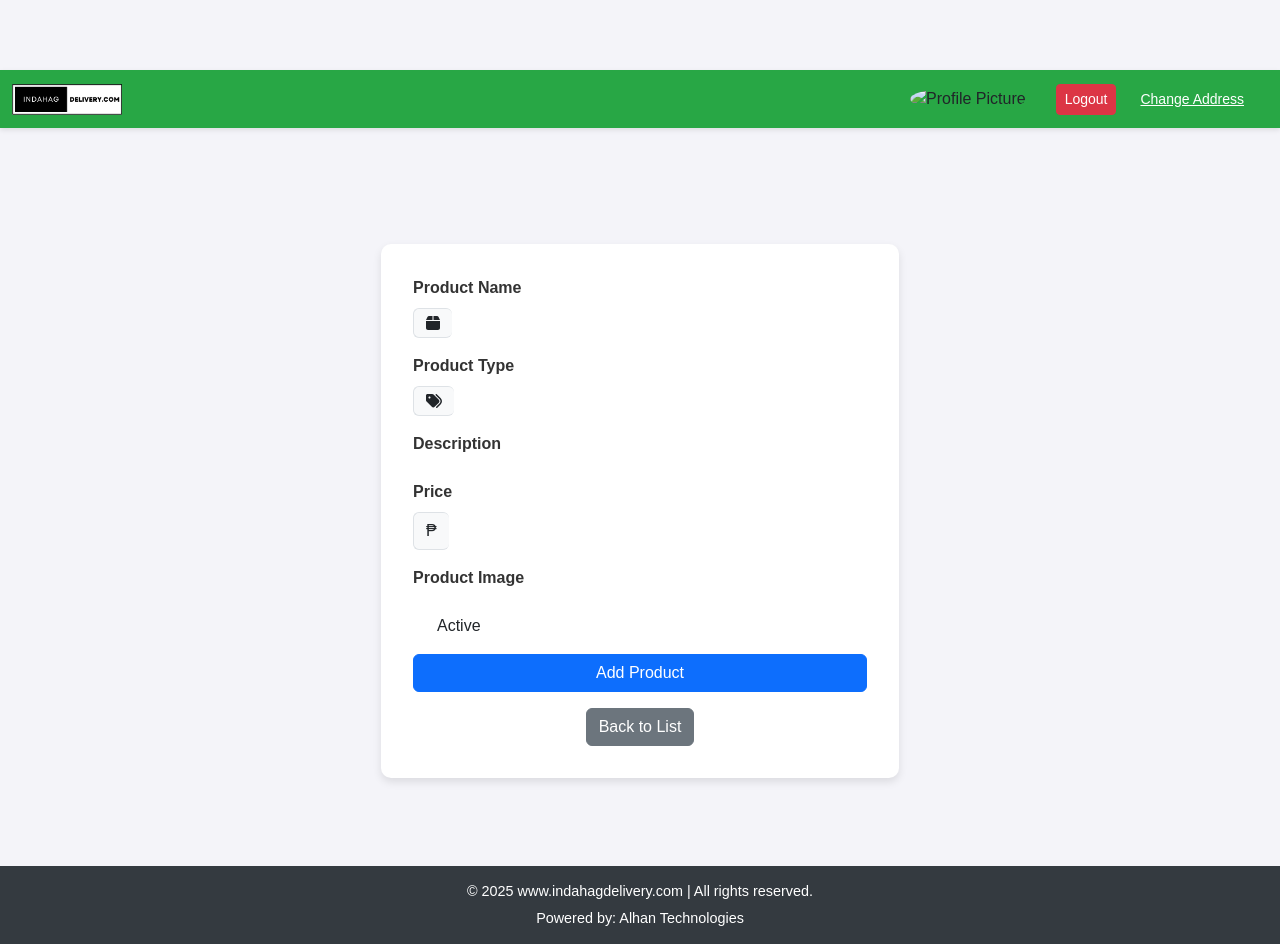
Repository: Jijiluzana225/indahagdelivery.com
Page: store/templates/store/product_form.html
An editor plug-in stored every save of this project. The page is shown before and after the next save, followed by the edit.
The browser window is 1280 px wide. The pictures show the whole page.
The template is drawn by Django 5.2. The application's start-up code is not run. Other server files are loaded and not shown. The template is opened directly, without the code that normally fills it, so the values that code supplies are empty.

Above is the page before, as saved 2025-01-22 14:16:18.

### store/templates/store/product_form.html
{% extends 'store/base.html' %}

{% block content %}

<!DOCTYPE html>
<html lang="en">
<head>
    <meta charset="UTF-8">
    <meta name="viewport" content="width=device-width, initial-scale=1.0">
    <title>{{ title }}</title>
    <link href="https://cdn.jsdelivr.net/npm/bootstrap@5.3.0-alpha3/dist/css/bootstrap.min.css" rel="stylesheet">
    <link rel="stylesheet" href="https://cdnjs.cloudflare.com/ajax/libs/font-awesome/6.0.0-beta3/css/all.min.css">
    <style>
        /* General styling */
        body {
            font-family: Arial, sans-serif;
            background-color: #f4f4f9;
        }

        /* Card styling */
        .form-container {
            background-color: #ffffff;
            border-radius: 10px;
            box-shadow: 0 4px 8px rgba(0, 0, 0, 0.1);
            padding: 2rem;
        }

        /* Button hover effect */
        .btn-primary:hover {
            background-color: #0056b3;
            border-color: #004da0;
        }

        /* Input field styling */
        .form-control:focus {
            box-shadow: 0 0 5px rgba(0, 123, 255, 0.5);
            border-color: #80bdff;
        }

        /* Icon inside input */
        .input-group-text {
            background-color: #f8f9fa;
            border-right: none;
        }

        .form-control {
            border-left: none;
        }

        /* Adjust form layout */
        .form-control, .input-group {
            width: 100%;
        }

        .form-label {
            font-weight: 600;
            color: #333;
        }

        /* Make sure all elements fit and align inside the card */
        .form-container input, .form-container textarea, .form-container button {
            width: 100%;
        }

        .form-check-label {
            font-weight: 500;
        }

        /* Adjusting margins and paddings for mobile responsiveness */
        .row {
            margin-top: 20px;
        }

        /* Form field spacing */
        .mb-3 {
            margin-bottom: 1.5rem;
        }

        /* Responsive styling */
        .container {
            padding: 20px;
        }

        /* Adjust form container width for different screen sizes */
        .col-12.col-sm-10.col-md-8.col-lg-6 {
            max-width: 100%;
        }

        /* Input spacing */
        .text-center {
            text-align: center;
        }
    </style>
</head>
<body>

    <div class="container py-5">
        <h1 class="text-center mb-4">{{ title }}</h1>
        <div class="row justify-content-center">
            <div class="col-12 col-sm-10 col-md-8 col-lg-6">
                <div class="form-container">
                    <form method="POST" enctype="multipart/form-data">
                        {% csrf_token %}

                        <!-- Name Field -->
                        <div class="mb-3">
                            <label for="id_name" class="form-label">Product Name</label>
                            <div class="input-group">
                                <span class="input-group-text"><i class="fas fa-box"></i></span>
                                {{ form.name }}
                            </div>
                        </div>

                        <!-- Type Field -->
                        <div class="mb-3">
                            <label for="id_type" class="form-label">Product Type</label>
                            <div class="input-group">
                                <span class="input-group-text"><i class="fas fa-tags"></i></span>
                                {{ form.type }}
                            </div>
                        </div>

                        <!-- Description Field -->
                        <div class="mb-3">
                            <label for="id_description" class="form-label">Description</label>
                            {{ form.description }}
                        </div>

                        <!-- Price Field -->
                        <div class="mb-3">
                            <label for="id_price" class="form-label">Price</label>
                            <div class="input-group">
                                <span class="input-group-text">₱</span>
                                {{ form.price }}
                            </div>
                        </div>

                        <!-- Picture Field -->
                        <div class="mb-3">
                            <label for="id_picture" class="form-label">Product Image</label>
                            {{ form.picture }}
                        </div>

                        <!-- Active Field -->
                        <div class="mb-3 form-check">
                            {{ form.active }}
                            <label for="id_active" class="form-check-label">Active</label>
                        </div>

                        <!-- Submit Button -->
                        <button type="submit" class="btn btn-primary w-100">
                            {% if product %} Update Product {% else %} Add Product {% endif %}
                        </button>
                    </form>
                    <div class="text-center mt-3">
                        <a href="{% url 'product_list' %}" class="btn btn-secondary">Back to List</a>
                    </div>
                </div>
            </div>
        </div>
    </div>

    <script src="https://cdn.jsdelivr.net/npm/bootstrap@5.3.0-alpha3/dist/js/bootstrap.bundle.min.js"></script>
    <script src="https://cdnjs.cloudflare.com/ajax/libs/font-awesome/6.0.0-beta3/js/all.min.js"></script>
</body>
</html>

{% endblock %}

### store/templates/store/base.html
{% load static %}
<!DOCTYPE html>
<html lang="en">
<head>
    <meta charset="UTF-8">
    <meta name="viewport" content="width=device-width, initial-scale=1.0">
    <title>indahagdelivery.com</title>
    <link href="https://cdn.jsdelivr.net/npm/bootstrap@5.3.0-alpha3/dist/css/bootstrap.min.css" rel="stylesheet">
    <style>
        /* Navbar Styling */
        .navbar {
            position: fixed;
            top: 0;
            left: 0;
            right: 0;
            width: 100%;
            background-color: #28a745; /* E-commerce theme */
            padding: 10px 15px;
            z-index: 1000;
            box-shadow: 0 2px 5px rgba(0, 0, 0, 0.1);
        }

        .navbar .navbar-brand img {
            max-width: 110px;
        }

        .navbar-nav {
            display: flex;
            align-items: center;
        }

        .navbar-nav .nav-item {
            margin-right: 15px;
        }

        .open-close-btn {
            padding: 6px 14px;
            font-size: 0.9rem;
            background-color: #007bff;
            color: #fff;
            border: none;
            border-radius: 20px;
            transition: background-color 0.3s ease;
        }

        .open-close-btn:hover {
            background-color: #0056b3;
        }

        .profile-picture {
            width: 35px;
            height: 35px;
            border-radius: 50%;
            object-fit: cover;
        }

        /* Responsive Navbar Adjustments */
        @media (max-width: 768px) {
            .navbar-brand img {
                max-width: 80px;
            }

            .navbar-nav .nav-item {
                margin-right:10px;
            }

            .open-close-btn {
                margin-top: 10px;
            }
        }

        /* Footer Styling */
        footer {
            background-color: #343a40;
            color: #fff;
            padding: 15px;
            text-align: center;
            margin-top: 20px;
        }

        footer .footer-text p {
            margin: 0;
            font-size: 0.9rem;
        }

        footer .footer-text p:not(:last-child) {
            margin-bottom: 5px;
        }
    </style>
</head>
<body style="margin-top: 70px;">
    <!-- Navbar -->
    <nav class="navbar navbar-expand-lg navbar-dark">
        <div class="container-fluid">
            <a href="{% url 'store_list' %}" class="navbar-brand">
                <img src="{% static 'admin/img/Indahag.png' %}" alt="Logo">
            </a>

            <!-- Open/Close Button -->
            {% if request.user.is_authenticated and 'Store' in request.user.groups.all|join:" " %}
                <a href="{% url 'update_store_open' %}" class="open-close-btn">Open/Close</a>
            {% endif %}

            <button class="navbar-toggler" type="button" data-bs-toggle="collapse" data-bs-target="#navbarNav" aria-controls="navbarNav" aria-expanded="false" aria-label="Toggle navigation">
                <span class="navbar-toggler-icon"></span>
            </button>
            <div class="collapse navbar-collapse" id="navbarNav">
                <ul class="navbar-nav ms-auto">
                    <li class="nav-item">
                        <img src="{{ user.customer.profile_picture.url }}" alt="Profile Picture" class="profile-picture">
                    </li>
                    <li class="nav-item">
                        <h5 class="mb-0 text-white">{{ user.customer.name }}</h5>
                    </li>
                    <li class="nav-item">
                        <form action="{% url 'logout' %}" method="POST" class="d-inline">
                            {% csrf_token %}
                            <button type="submit" class="btn btn-danger btn-sm">Logout</button>
                        </form>
                    </li>
                    <li class="nav-item">
                        <a href="{% url 'update_profile' %}" class="btn btn-link btn-sm text-white">Change Address</a>
                    </li>
                </ul>
            </div>
        </div>
    </nav>

    <!-- Content Block -->
    <div class="container mt-4">
        {% block content %}
        {% endblock %}
    </div>

    <!-- Footer -->
    <footer>
        <div class="footer-text">
            <p>&copy; 2025 www.indahagdelivery.com | All rights reserved.</p>
            <p>Powered by: Alhan Technologies</p>
        </div>
    </footer>

    <!-- Scripts -->
    <script src="https://cdn.jsdelivr.net/npm/bootstrap@5.3.0-alpha3/dist/js/bootstrap.bundle.min.js"></script>
</body>
</html>

After the next save:
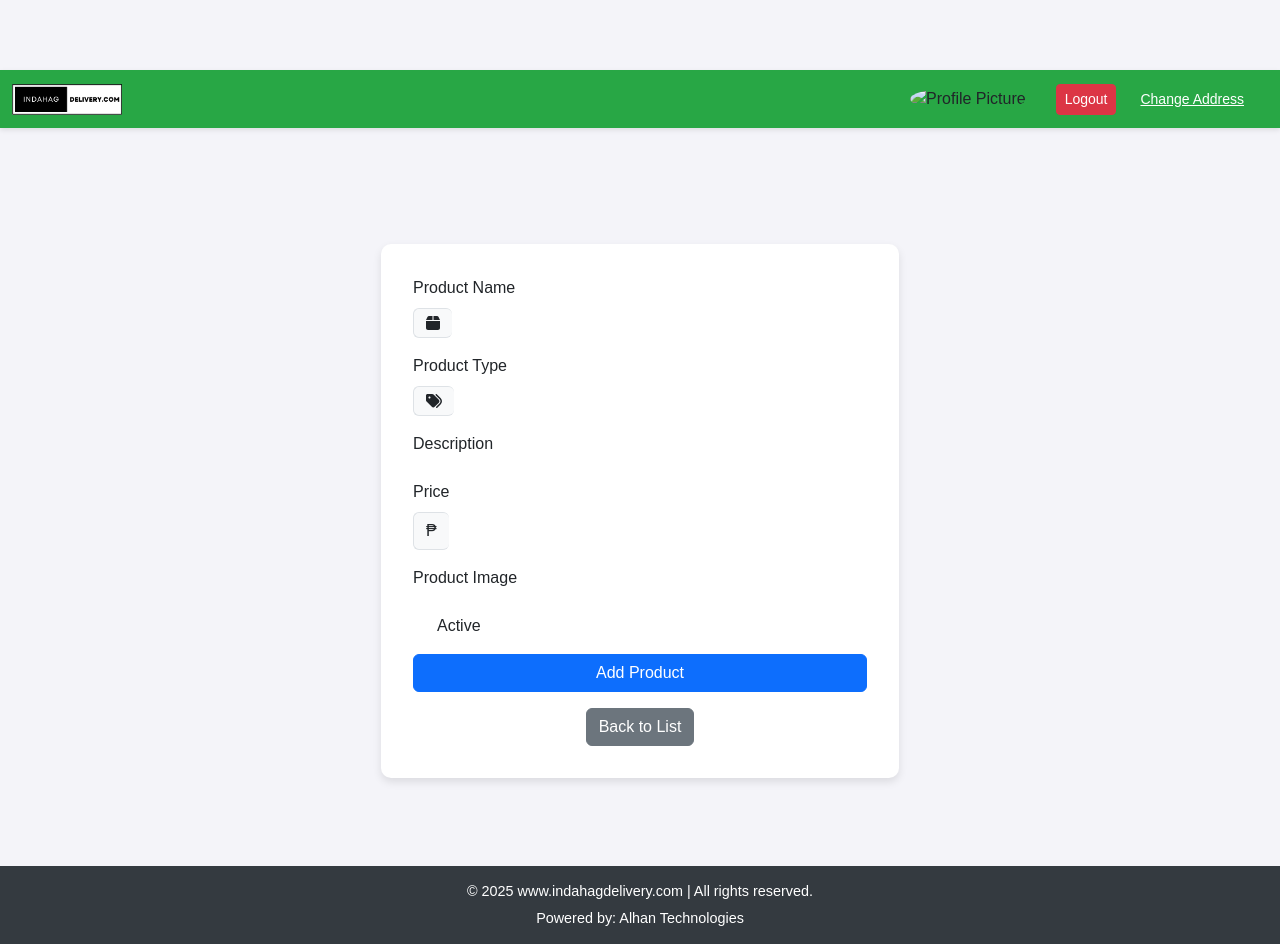
Saved 26 s later.
--- a/store/templates/store/product_form.html
+++ b/store/templates/store/product_form.html
@@ -47,38 +47,14 @@
             border-left: none;
         }
 
-        /* Adjust form layout */
-        .form-control, .input-group {
-            width: 100%;
-        }
-
-        .form-label {
-            font-weight: 600;
-            color: #333;
-        }
-
-        /* Make sure all elements fit and align inside the card */
-        .form-container input, .form-container textarea, .form-container button {
-            width: 100%;
-        }
-
-        .form-check-label {
-            font-weight: 500;
+        /* Responsive Styling */
+        .container {
+            padding: 20px;
         }
 
         /* Adjusting margins and paddings for mobile responsiveness */
         .row {
             margin-top: 20px;
-        }
-
-        /* Form field spacing */
-        .mb-3 {
-            margin-bottom: 1.5rem;
-        }
-
-        /* Responsive styling */
-        .container {
-            padding: 20px;
         }
 
         /* Adjust form container width for different screen sizes */
@@ -87,6 +63,10 @@
         }
 
         /* Input spacing */
+        .mb-3 {
+            margin-bottom: 1.5rem;
+        }
+
         .text-center {
             text-align: center;
         }
